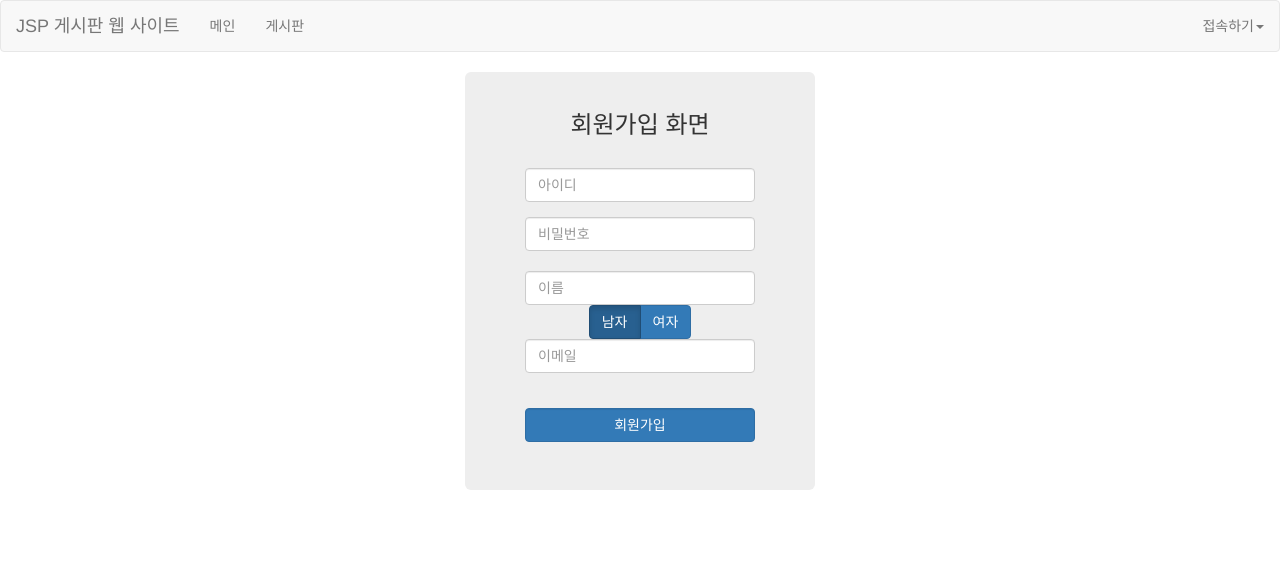
Repository: chyun94/JSP-
Page: http://localhost/BBS/join.jsp
These files come from the project's save history. The page is drawn as it stood at one moment and after a run of saves; the edit follows.
The browser window is 1280 px wide. The pictures show the whole page.
Some web libraries are served in a nearby version. The page is served by Tomcat 9. Other server files are loaded and not shown.

Above is the page before, as saved 2021-05-07 17:33:50.

### BBS/WebContent/join.jsp
<%@ page language="java" contentType="text/html; charset=UTF-8"
	pageEncoding="UTF-8"%>
<!DOCTYPE html>
<html>
<head>
<meta http-equiv="Content-Type" content="text/html; charset="UTF-8">
<!-- 아래 메타 태그는 디바이스마다 크기를 설정하기 위해서 작한한 메타 태그 -->
<meta name="viewport" content="width=device-width" , initial-scale="1">
<link rel="stylesheet" href="css/bootstrap.css">

<title>JSP 게시판 웹 사이트</title>
</head>
<body>
	<nav class="navbar navbar-default">
		<div class="navbar-header">
			<button type="button" class="navbar-toggle collapsed"
				data-toggle="collapse" data-target="#bs-example-navbar-collapse-1"
				aria-expanded="false">

				<span class="icon-bar"></span> <span class="icon-bar"></span> <span
					class="icon-bar"></span>

			</button>
			<a class="navbar-brand" href="main.jsp">JSP 게시판 웹 사이트</a>
		</div>
		<div class="collapse navbar-collapse"
			id="bs-example-navbar-collapse-1">
			<ul class="nav navbar-nav">
				<li><a href="main.jsp">메인</a></li>
				<li><a href="bbs.jsp">게시판</a></li>
			</ul>

			<ul class="nav navbar-nav navbar-right">
				<li class="dropdown">
				<a href="#" class="dropdown-toggle"
				data-toggle="dropdown" role="button" aria-haspopup="true"
				aria-expanded="false">접속하기<span class="caret"></span></a>

				<ul class="dropdown-menu">
					<li class="active"><a href="login.jsp">로그인</a></li>
					<li><a href="join.jsp">회원가입</a></li>
				</ul>
			</li>
		</ul>
	</div>
</nav>
	<!-- 컨테이너로 하나로 감싸주기 -->
	<div class="container">
		<div class="col-lg-4"></div>
		<div class="col-lg-4">
			<div class="jumbotron" style="padding-top: 20px;">
				<form method="post"  action="joinAction.jsp">
					<h3 style="text-align: center; padding-bottom: 20px;">회원가입 화면</h3>

					<div class="form-group">
						<input type="text" class="form-control" placeholder="아이디" name="userID" maxlength="20">
					</div>

					<div>
						<input type="text" class="form-control" placeholder="비밀번호" name="userPassword" maxlength="20">
					</div>

					<div style="padding-top: 20px;">
						<input type="text" class="form-control" placeholder="이름" name="userName" maxlength="20">
					</div>

					<div class="form-group" style="text-align: center;">
						<div class="btn-group" data-toggle="buttons">
							<label class="btn btn-primary active">
								<input type="radio" name="userGender" autocomplete="off" value="남자" checked="checked">남자
							</label>
							<label class="btn btn-primary">
								<input type="radio" name="userGender" autocomplete="off" value="여자" checked="checked">여자
							</label>
						</div>

					<div>
						<input type="email" class="form-control" placeholder="이메일" name="userEmail" maxlength="20">
					</div>
					</div>

					<div style="padding-top: 20px;">
					<input type="submit" class="btn btn-primary form-control" value="회원가입">
					</div>

				</form>
			</div>
		</div>
	</div>
	<div class="col-lg-4"></div>

	<script src="https://code.jquery.com/jquery-3.1.1.min.js"></script>
	<script src="js/bootstrap.js"></script>

</body>
</html>

Loaded but not shown: BBS/WebContent/css/bootstrap.css (library); BBS/WebContent/js/bootstrap.js (library)

After the next 2 saves:
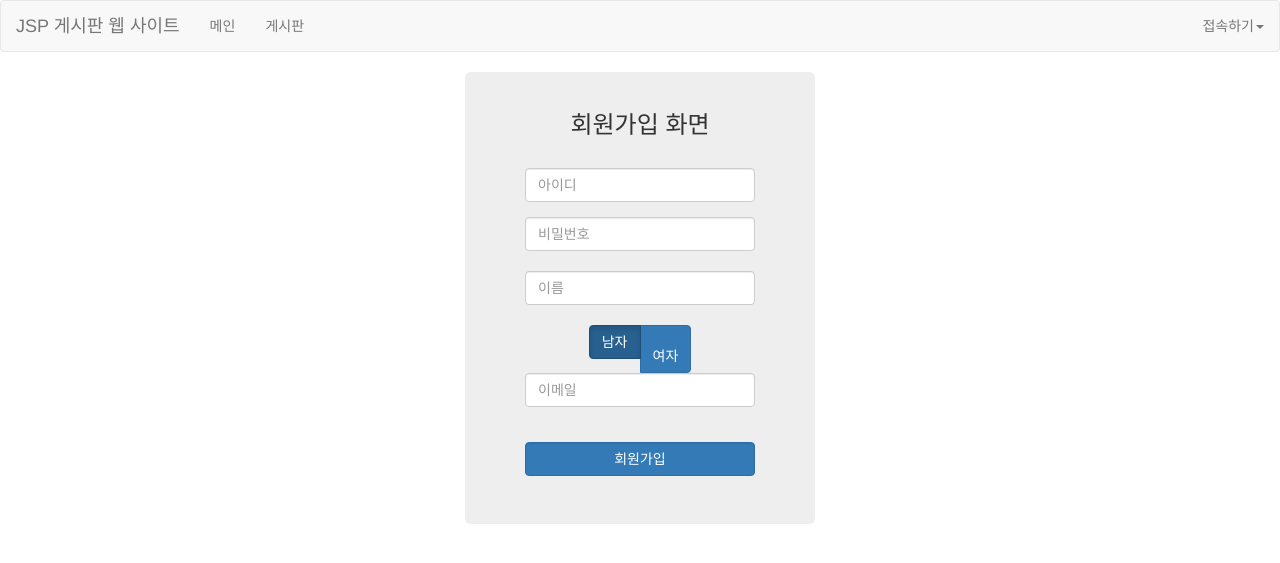
The 2 saves are shown as one change because they came seconds apart.
The last was saved 15 s later.
--- a/BBS/WebContent/join.jsp
+++ b/BBS/WebContent/join.jsp
@@ -64,12 +64,12 @@
 						<input type="text" class="form-control" placeholder="이름" name="userName" maxlength="20">
 					</div>
 
-					<div class="form-group" style="text-align: center;">
-						<div class="btn-group" data-toggle="buttons">
+					<div class="form-group" style="text-align: center;" >
+						<div class="btn-group" data-toggle="buttons" style="padding-top: 20px;">
 							<label class="btn btn-primary active">
 								<input type="radio" name="userGender" autocomplete="off" value="남자" checked="checked">남자
 							</label>
-							<label class="btn btn-primary">
+							<label class="btn btn-primary" style="padding-top: 20px;">
 								<input type="radio" name="userGender" autocomplete="off" value="여자" checked="checked">여자
 							</label>
 						</div>
